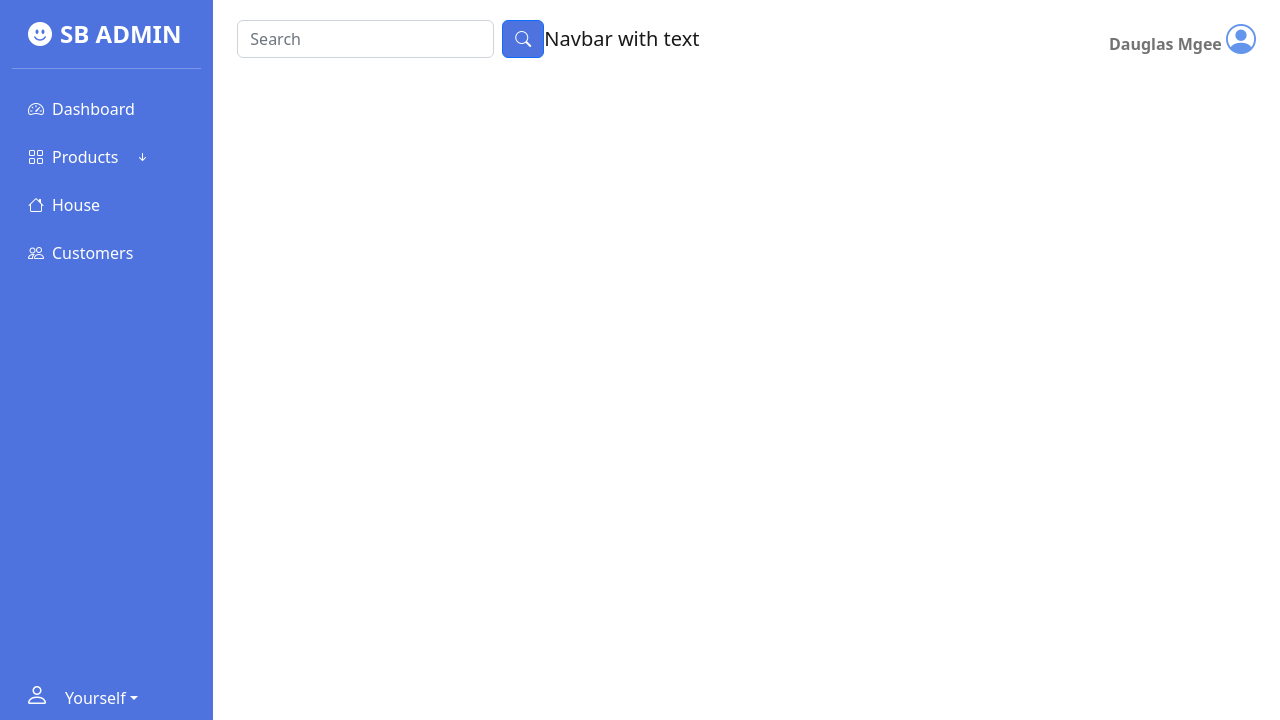
Repository: iqbalaamir/dashboard
Page: /
These files come from the project's save history. The page is drawn as it stood at one moment and after the next save; the edit follows.
The browser window is 1280 px wide. The pictures show the whole page.
The project was rebuilt for these pictures with package versions that can differ from the ones it lists, and the page was loaded fresh each time. Also part of the build but not shown: src/App.css.

Above is the page before, as saved 2023-04-24 18:01:58.

### src/App.js
import "./App.css";
import Sidebar from "./components/Sidebar";


function App() {
  return (
<div>
  <Sidebar/>
</div>
  );
}

export default App;

### src/components/Sidebar.js
import React from "react";
import "bootstrap/dist/css/bootstrap.min.css";
import "bootstrap-icons/font/bootstrap-icons.css";
import "bootstrap/js/dist/dropdown";
import "bootstrap/js/dist/collapse";
import "./sidebar.css";
import NavbarComponent from "./NavbarComponent";

export default function Sidebar() {
  return (
    <div className="container-fluid">
      <div className="row">
        <div className="col-auto col-sm-2 sideNav d-flex flex-column justify-content-between min-vh-100">
          <div className="mt-3">
            <a
              className="text-decoration-none ms-3 d-flex align-items-center text-white customHeading"
              role="button"
            >
                 <i className="bi bi-emoji-smile-fill"></i>
              <span className="ms-2 d-none d-sm-inline">SB ADMIN</span>
            </a>
            <hr className="text-white d-none d-sm-block"></hr>
            <ul class="nav nav-pills flex-column mt-2 mt-sm-0" id="parentM">
              <li class="nav-item  my-1 py-2 py-sm-0">
                <a
                  class="nav-link text-white text-center text-sm-start"
                  href="#"
                  aria-current="page"
                >
                  <i className="bi bi-speedometer2"></i>
                  <span className="ms-2 d-none d-sm-inline">Dashboard</span>
                </a>
              </li>
              <li class="nav-item  my-1 py-2 py-sm-0">
                <a
                  class="nav-link text-white text-center text-sm-start"
                  href="#submenu"
                  data-bs-toggle="collapse"
                  aria-current="page"
                >
                  <i className="bi bi-grid"></i>
                  <span className="ms-2 d-none d-sm-inline">Products</span>
                  <i className="bi bi-arrow-down-short ms-0 ms-sm-3"></i>
                </a>
                <ul
                  class="nav collapse ms-2 flex-column"
                  id="submenu"
                  data-bs-parent="#parentM"
                >
                  <li class="nav-item ">
                    <a class="nav-link text-white" href="#" aria-current="page">
                      <span className="d-none d-sm-inline"> Item</span>1
                    </a>
                  </li>
                  <li class="nav-item ">
                    <a class="nav-link text-white" href="#">
                      <span className="d-none d-sm-inline"> Item</span>2
                    </a>
                  </li>
                </ul>
              </li>
              <li class="nav-item  my-1">
                <a
                  class="nav-link text-white text-center text-sm-start"
                  href="#"
                  aria-current="page"
                >
                  <i className="bi bi-house"></i>
                  <span className="ms-2 d-none d-sm-inline">House</span>
                </a>
              </li>
              <li class="nav-item text-white my-1">
                <a
                  class="nav-link text-white text-center text-sm-start"
                  href="#"
                  aria-current="page"
                >
                  <i className="bi bi-people"></i>
                  <span className="ms-2 d-none d-sm-inline">Customers</span>
                </a>
              </li>
            </ul>
          </div>
          <div class="dropdown open">
            <a
              class="btn border-none dropdown-toggle text-white"
              type="button"
              id="triggerId"
              data-bs-toggle="dropdown"
              aria-haspopup="true"
              aria-expanded="false"
            >
              <i className="bi bi-person fs-4"></i>
              <span className="f5-5 ms-3 d-none d-sm-inline">Yourself</span>
            </a>
            <div class="dropdown-menu" aria-labelledby="triggerId">
              <a class="dropdown-item" href="#">
                Profile
              </a>
              <a class="dropdown-item" href="#">
                Setting
              </a>
            </div>
          </div>

        </div>
        <div className="col">
       <NavbarComponent/>
        </div>

      </div>
    </div>
  );
}

### src/components/sidebar.css
#parentM li a:hover {
    background-color: #9eacd4;

}
.sideNav{
   background-color: #4e73df;
}
.customHeading{
    font-weight: bold;
    font-size: x-large;
}

### src/components/NavbarComponent.js
import Button from "react-bootstrap/Button";
import Container from "react-bootstrap/Container";
import Form from "react-bootstrap/Form";
import Nav from "react-bootstrap/Nav";
import Navbar from "react-bootstrap/Navbar";
import NavDropdown from "react-bootstrap/NavDropdown";

function NavbarComponent() {
  return (
    <Navbar expand="lg">
      <Container fluid>
        {/* <Navbar.Toggle aria-controls="navbarScroll" />
        <Navbar.Collapse id="navbarScroll">
          <Form className="d-flex">
            <Form.Control
              type="search"
              placeholder="Search"
              className="me-2"
              aria-label="Search"
            />
            <Button style={{backgroundColor:"#4e73df"}}> <i class="bi bi-search"></i></Button>
          </Form>
          <Nav
            className="me-auto my-2 my-lg-0"
            style={{ maxHeight: "100px" }}
            navbarScroll
          >
            <Nav.Link href="#action1" className="justify-content-end">
              {" "}
            <span>Dauglas MGee</span>  <i class="bi bi-person-circle" style={{fontSize:30}}></i>
            </Nav.Link>
            <Nav.Link href="#action2">Link</Nav.Link>
            <NavDropdown title="Link" id="navbarScrollingDropdown">
              <NavDropdown.Item href="#action3">Action</NavDropdown.Item>
              <NavDropdown.Item href="#action4">
                Another action
              </NavDropdown.Item>
              <NavDropdown.Divider />
              <NavDropdown.Item href="#action5">
                Something else here
              </NavDropdown.Item>
            </NavDropdown>
            <Nav.Link href="#" disabled>
              Link
            </Nav.Link>
          </Nav>
        </Navbar.Collapse> */}
          <Form className="d-flex">
            <Form.Control
              type="search"
              placeholder="Search"
              className="me-2"
              aria-label="Search"
            />
            <Button style={{backgroundColor:"#4e73df"}}> <i class="bi bi-search"></i></Button>
          </Form>
         <Navbar.Brand href="#home">Navbar with text</Navbar.Brand>
        <Navbar.Toggle />
        <Navbar.Collapse className="justify-content-end">
          <Navbar.Text>
            {/* Signed in as: <a href="#login">Mark Otto</a> */}
          <b> Dauglas Mgee</b>  <i class="bi bi-person-circle" style={{fontSize: 30,marginTop:10, color: "cornflowerblue"}}></i>
          </Navbar.Text>
        </Navbar.Collapse>
      </Container>
    </Navbar>
  );
}

export default NavbarComponent;

Loaded but not shown: public/index.html (common file); src/index.js (common file); src/index.css (common file); src/reportWebVitals.js (common file)

After the next save:
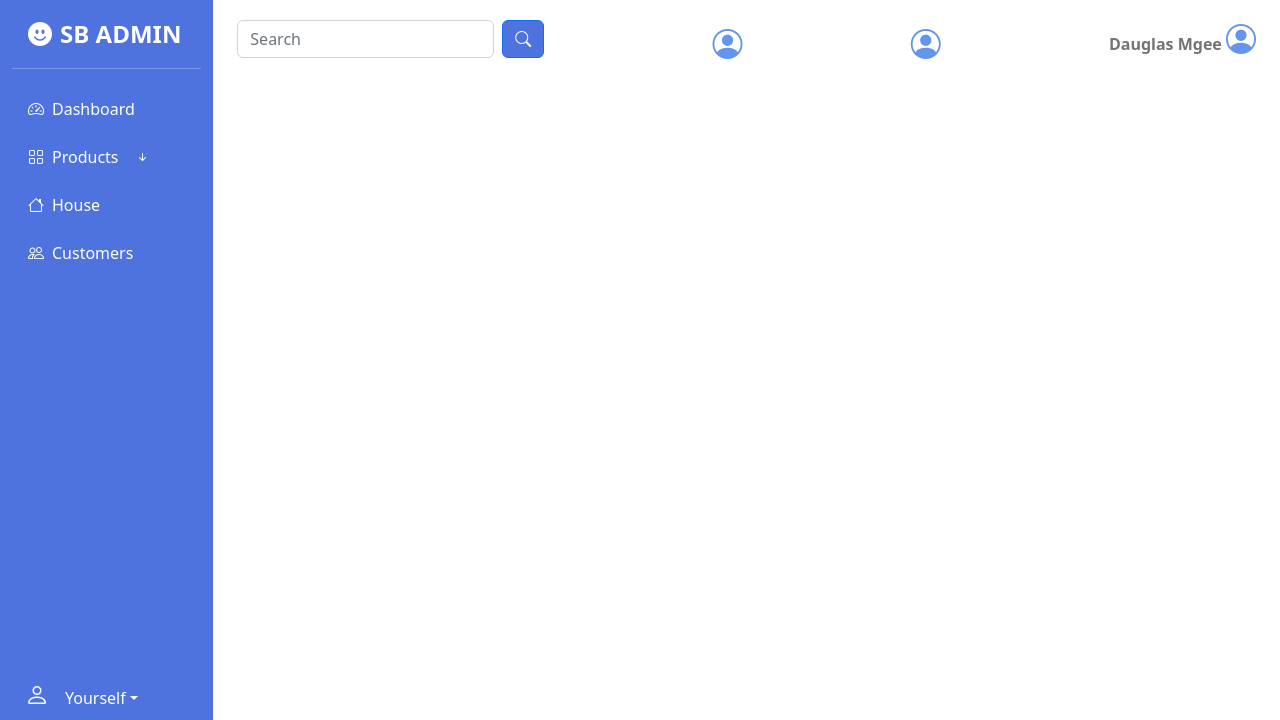
Saved 37 s later.
--- a/src/components/NavbarComponent.js
+++ b/src/components/NavbarComponent.js
@@ -54,8 +54,14 @@ function NavbarComponent() {
             />
             <Button style={{backgroundColor:"#4e73df"}}> <i class="bi bi-search"></i></Button>
           </Form>
-         <Navbar.Brand href="#home">Navbar with text</Navbar.Brand>
+
         <Navbar.Toggle />
+        <Navbar.Collapse className="justify-content-end">
+        <i class="bi bi-person-circle" style={{fontSize: 30,marginTop:10, color: "cornflowerblue"}}></i>
+        </Navbar.Collapse>
+        <Navbar.Collapse className="justify-content-end">
+        <i class="bi bi-person-circle" style={{fontSize: 30,marginTop:10, color: "cornflowerblue"}}></i>
+        </Navbar.Collapse>
         <Navbar.Collapse className="justify-content-end">
           <Navbar.Text>
             {/* Signed in as: <a href="#login">Mark Otto</a> */}
